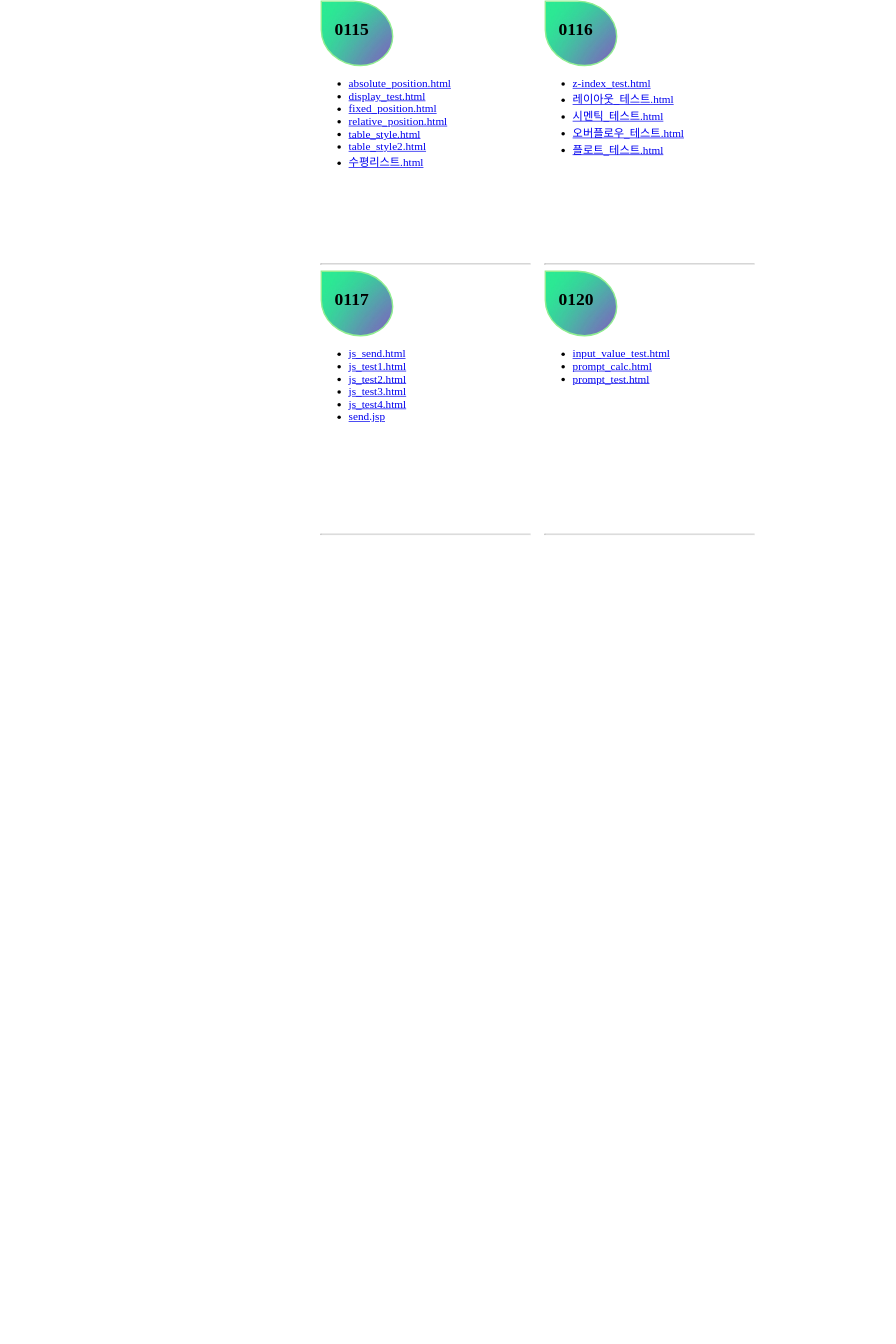
Repository: ypyp0205/jquery
Page: jqpro/WebContent/index.html
An editor plug-in stored every save of this project. The page is shown before and after the next save, followed by the edit.
The browser window is 1280 px wide. The pictures show the part of the page from y = 1552 to 3472 px (the page is 5008 px tall), at 70% of full size.

Above is the page before, as saved 2020-02-13 09:22:07.

After the next save:
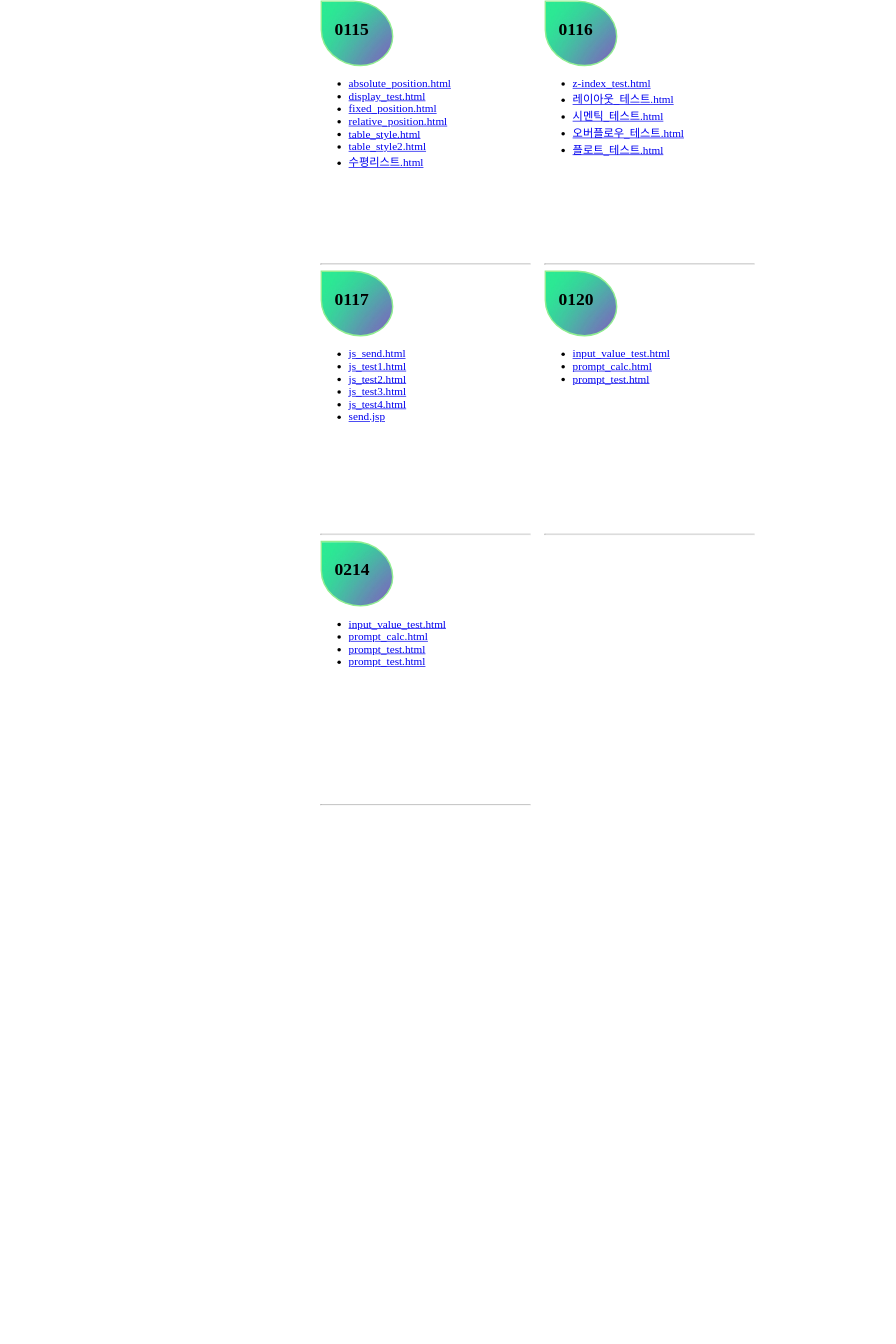
Saved 14 h 49 min later.
--- a/jqpro/WebContent/index.html
+++ b/jqpro/WebContent/index.html
@@ -248,6 +248,19 @@ ul {
 				</ul>
 				<hr>
 			</div>
+	<div id="d2">
+				<div id="sd3">
+					<p>0214</p>
+				</div>
+				<ul>
+					<li><a target="section" href="0213_숙제/next.html">input_value_test.html</a></li>
+					<li><a target="section" href="0213_숙제/parent.html">prompt_calc.html</a></li>
+					<li><a target="section" href="0213_숙제/prev Method.html">prompt_test.html</a></li>
+					<li><a target="section" href="0213_숙제/siblings.html.html">prompt_test.html</a></li>
+
+				</ul>
+				<hr>
+			</div>
 
 	<div id="d3"><a>맨<br>처<br>음<br>으<br>로</a></div>
 </body>
